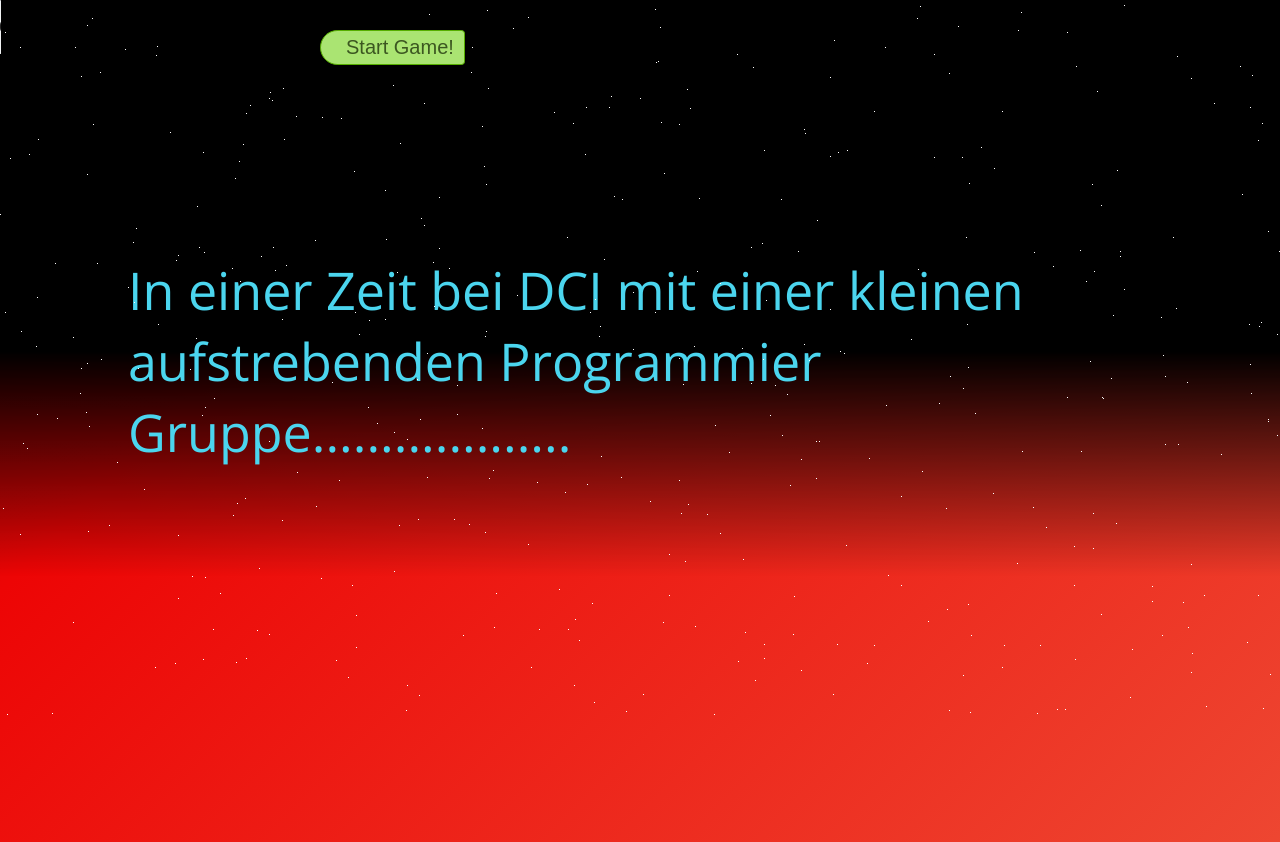
Repository: Der-Metatron/Projekt-Omega-Sprotte
Page: /
An editor plug-in stored every save of this project. The page is shown before and after the next save, followed by the edit.
The browser window is 1280 px wide. The pictures show the whole page.
The project was rebuilt for these pictures with package versions that can differ from the ones it lists, and the page was loaded fresh each time. Also part of the build but not shown: src/services/game-control.js, src/components/GameCanvas.css, src/components/GameCanvas.jsx, src/components/Footer.jsx.

Above is the page before, as saved 2022-06-23 18:38:39.

### public/index.html
<!DOCTYPE html>
<html lang="de">
  <head>
    <meta charset="UTF-8" />
    <meta name="Metatron" content="width=device-width, initial-scale=1.0" />
    <link rel="stylesheet" href="style.css" />

    <title>Projekt-Omega></title>
  </head>

  <body>
    <!-- <body onload="startGame()"> -->
    <div id="root"></div>
    <!-- TEST -->
    <div id="canvasbackground"></div>
  </body>
</html>

### src/App.js
/* Hier werden die Einzelnen Seiten Hinzugefügt */
import "./App.css";
import { useState } from "react";
import { GameCanvas } from "./components/GameCanvas";
import { Welcome } from "./components/Welcome";
import { Footer } from "./components/Footer";

function App() {
  const [currentPage, setCurrentPage] = useState(0);
  return (
    <div className="App">
      {currentPage === 0 ? (
        <>
          <Welcome
            onContinue={() => {
              setCurrentPage(1);
            }}
          />
        </>
      ) : (
        <>
          <h1>Projekt Omega</h1>
          <GameCanvas />
          <Footer />
        </>
      )}
    </div>
  );
}

export default App;

### src/App.css
html,
body {
  width: 100%;
  height: 100%;
}

body {
  background: linear-gradient(-45deg, #ee7752, #ed0505, #000000, #265046);
  background-size: 400% 400%;
  animation: gradient 15s ease infinite;
}

@keyframes gradient {
  0% {
    background-position: 0% 50%;
  }
  50% {
    background-position: 100% 50%;
  }
  100% {
    background-position: 0% 50%;
  }
}

### src/components/Welcome.jsx
import React from "react";
import "./Welcome.css";
import ReactAudioPlayer from "react-audio-player";

function randomPosition() {
  let y = window.innerWidth;
  let x = window.innerHeight;
  let randomX = Math.floor(Math.random() * x);
  let randomY = Math.floor(Math.random() * y);
  return [randomX, randomY];
}

export const Welcome = ({ onContinue }) => {
  const starDivs = [];
  for (let i = 0; i < 400; i++) {
    let xy = randomPosition();
    starDivs.push(
      <div
        key={i}
        className="stars"
        style={{
          top: xy[0],
          left: xy[1],
        }}
      ></div>
    );
  }
  /* ----------------------------------------------------------------------------- */
  console.log(starDivs);
  /* ------------------------------------------------------------------------------ */
  return (
    <div className="welcome-container">
      {starDivs}

      {/* <!-- Erste Inro laufschrift --> */}

      <section className="intro">
        In einer Zeit bei DCI mit einer kleinen aufstrebenden Programmier
        Gruppe...................
      </section>
      <section className="logo">
        <img src="/img/Unbenannt.png" alt="Projekt-Omega Geschichte" />
      </section>
      <div id="scroller">
        <div id="content">
          <p id="title">Episode DCI Abschlussprojekt</p>
          <br></br>
          <p id="subtitle">Projekt-Omega</p>
          <br />
          <p>
            Du bist alleine mit deinen Raumschiff Omega und kämpfst in einer
            Dystopischen Welt voller feindlichen Gegnern ums überleben.Während
            des 21.Jahrhundert befinden sich in der Umlaufbahn des Planeten Erde
            durch Umweltverschmutzung,zügelloser verbrauch der Ressourcen und
            Machthungriger Politiker Unmengen an Weltraum Schrott, Satelliten
            und Gruppen verschiedener Fraktionen die versuchen dir das Licht
            auszuknipsen dazu kommen nach und nach eine Invasion von Feindlichen
            Flug Objekten dazu und machen dir das Leben zur Hölle. Messe dich
            mit anderen Spielern um die Höchste Punktzahl,verewige dich in der
            Highscore und werde der Ultimative Retter des Universums.
          </p>
          <p>
            Idee: Der Metatron. Programming: Der Metatron, Serdar, Dennis. Musik
            & Sound: Der Metatron. Grafik: Emergancy-Romm Tattoo, Pixbay, Der
            Metatron. Backend: Serdar. Canvas build React: Ralf.
          </p>
          <p>Erstellt mit: Canvas, Html, Reackt, MongoDb, Express, Css.</p>
          <p>
            Danke an alle die uns bei diesen Projekt unterstützt haben und uns
            die gelegenheit gegeben haben unser Ideen zu verwirklichen.Special
            Thanks to Ralf & Chriatian. Und jetzt viel Spaß beim Zocken!!!
          </p>
        </div>
      </div>

      <footer>
        {/* ---------------------AUDIO-------------------------------------------- */}
        <ReactAudioPlayer
          src="/audio/Musik/Projekt Omega cut.mp3"
          autoPlay
          controls
          volume={0.5}
        />
        {/* ----------------------------------------------------------------------- */}
        <button
          onClick={() => {
            onContinue();
          }}
        >
          Start Game!
        </button>
      </footer>
    </div>
  );
};

### src/components/Welcome.css
@import url("https://fonts.googleapis.com/css2?family=Open+Sans&display=swap");

.welcome-container {
  margin: 0;
  background-color: #000;
  overflow: hidden !important;
}

.welcome-container::after {
  content: "";
  position: fixed;
  top: 0;
  left: 0;
  width: 100%;
  height: 80vh;
  background: linear-gradient(
    to bottom,
    rgba(0, 0, 0, 1) 61%,
    rgba(0, 0, 0, 0.54) 79%,
    rgba(0, 0, 0, 0) 100%
  );
  z-index: 1;
}

.stars {
  position: absolute;
  width: 1px;
  height: 1px;
  background-color: #fff;
  z-index: 3;
}

.intro {
  position: absolute;
  top: 50%;
  left: 50%;
  transform: translate(-50%, -50%);
  z-index: 2;
  color: rgb(75, 213, 238);
  font-family: "Open Sans", sans-serif;
  font-weight: 500;
  font-size: 3.25rem;
  width: 80%;
  opacity: 0;
  animation: intro 6s ease-out 0.5s;
}

@keyframes intro {
  0% {
    opacity: 0;
  }
  20% {
    opacity: 1;
  }
  90% {
    opacity: 1;
  }
  100% {
    opacity: 0;
  }
}

.logo {
  position: absolute;
  top: 50%;
  left: 50%;
  transform: translate(-50%, -50%);
  z-index: 2;
  width: 100%;
  opacity: 0;
  animation: logo 10s ease-out 9s;
}

.logo img {
  width: inherit;
}

@keyframes logo {
  0% {
    opacity: 1;
    transform: translate(-50%, -50%) scale(2);
  }
  70% {
    opacity: 1;
  }
  100% {
    opacity: 0;
    transform: translate(-50%, -50%) scale(0.1);
  }
}

p {
  color: #ffe81f;
}

#scroller {
  font-family: sans-serif;
  font-weight: bold;
  font-size: 350%;
  text-align: justify;
  overflow: hidden;
  height: 50em;
  width: 20em;
  position: absolute;
  bottom: 0;
  left: 50%;
  margin-left: -10em;
  z-index: 0;
  transform: perspective(350px) rotateX(25deg);
  transform-origin: 50% 100%;
}

#scroller::after {
  position: absolute;
  content: "";
  bottom: 60%;
  left: 0;
  right: 0;
  top: 0;
}

#content {
  position: absolute;
  top: 100%;
  animation: scoller 100s linear 16s;
}

@keyframes scoller {
  0% {
    top: 100%;
  }
  100% {
    top: -200%;
  }
}

#title,
#subtitle {
  text-align: center;
  line-height: 1.5rem;
}

#subtitle {
  text-transform: uppercase;
  font-size: 3.5rem;
}

footer {
  position: absolute;
  z-index: 10;
}
/*  */
button {
  display: inline-block;
  margin: 20px;
  text-decoration: none;
  font-family: Arial;
  font-size: 20px;
  border: 1px solid #56ae00;
  border-radius: 25px 5px 5px 25px;
  background-color: #aae472;
  color: #3c5721;
  padding: 5px 10px 5px 25px;
}
button:hover {
  padding: 5px 25px 5px 10px;
  border-radius: 5px 25px 25px 5px;
}

.button1 {
  position: absolute;
  z-index: 11;
  float: right;
  margin-left: 0.5em;
}

Loaded but not shown: src/index.js (common file); src/index.css (common file); src/reportWebVitals.js (common file); public/style.css (empty)

After the next save:
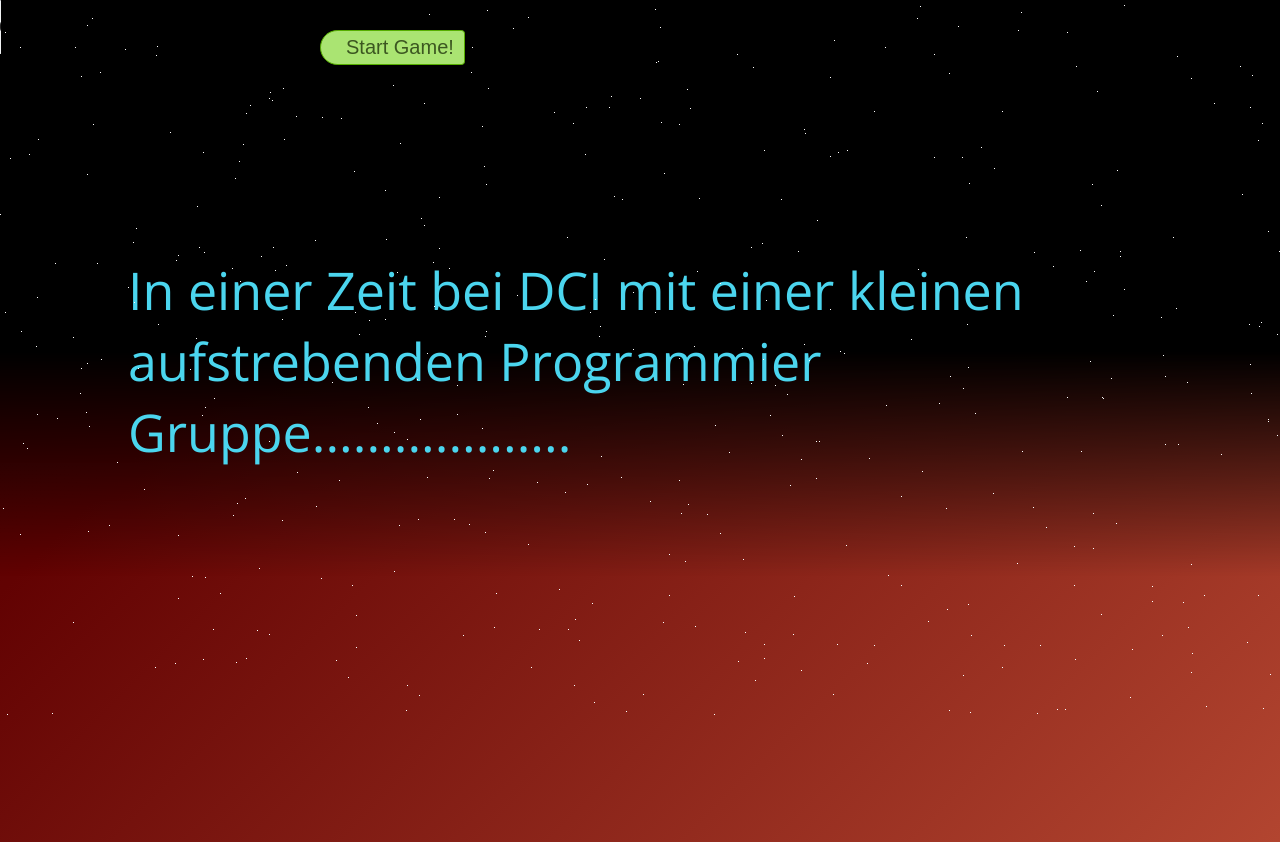
Saved 3 min 16 s later.
--- a/src/App.css
+++ b/src/App.css
@@ -5,7 +5,7 @@
 }
 
 body {
-  background: linear-gradient(-45deg, #ee7752, #ed0505, #000000, #265046);
+  background: linear-gradient(-45deg, #ee7752, #620202, #000000, #265046);
   background-size: 400% 400%;
   animation: gradient 15s ease infinite;
 }
